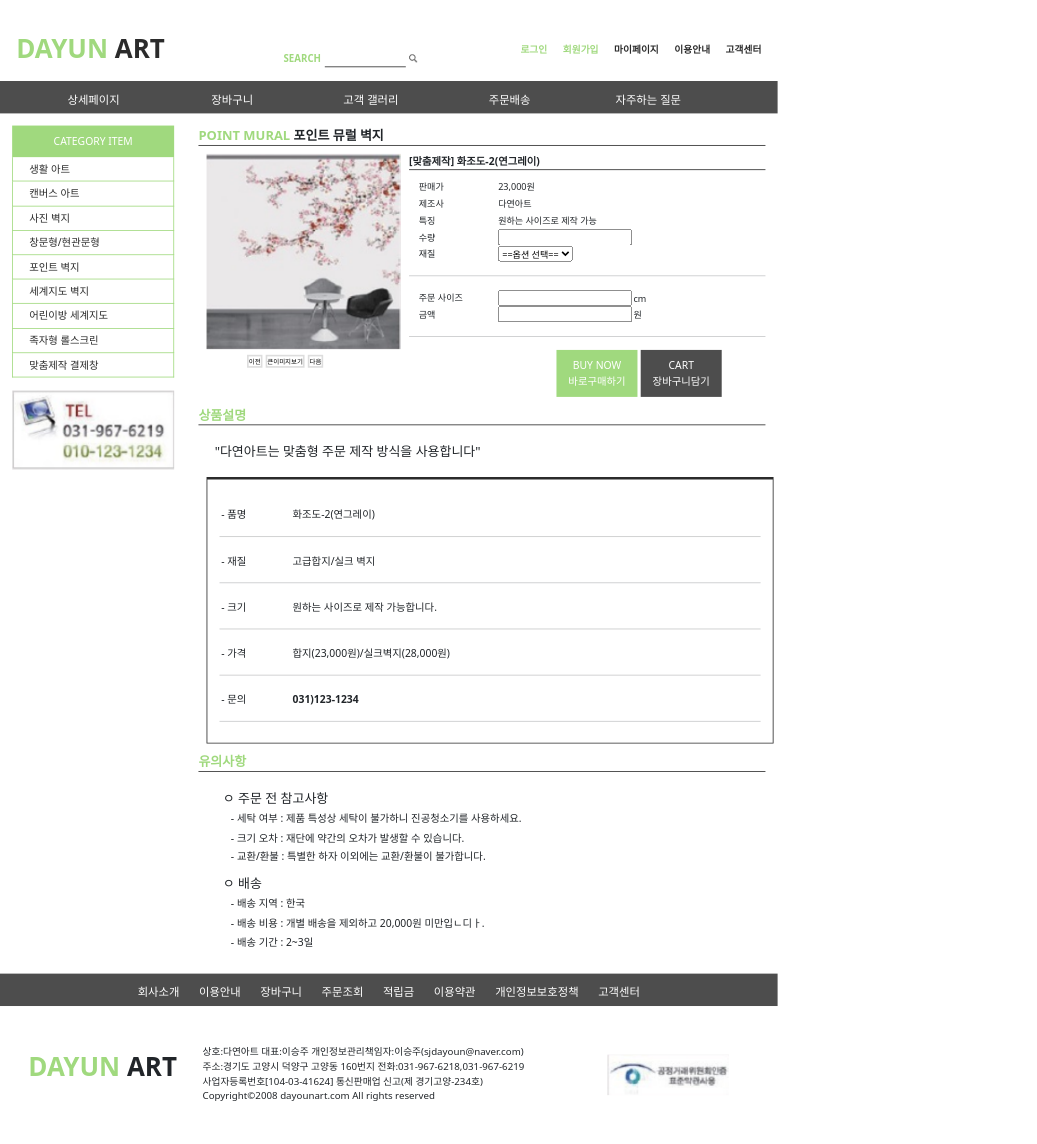
Repository: yeonddu/green_js
Page: pro01/public/bootstrap/product.html
These files come from the project's save history. The page is drawn as it stood at one moment and after the next save; the edit follows.
The browser window is 1280 px wide. The pictures show the whole page, at 81% of full size.

Above is the page before, as saved 2022-12-27 07:55:00.

After the next save:
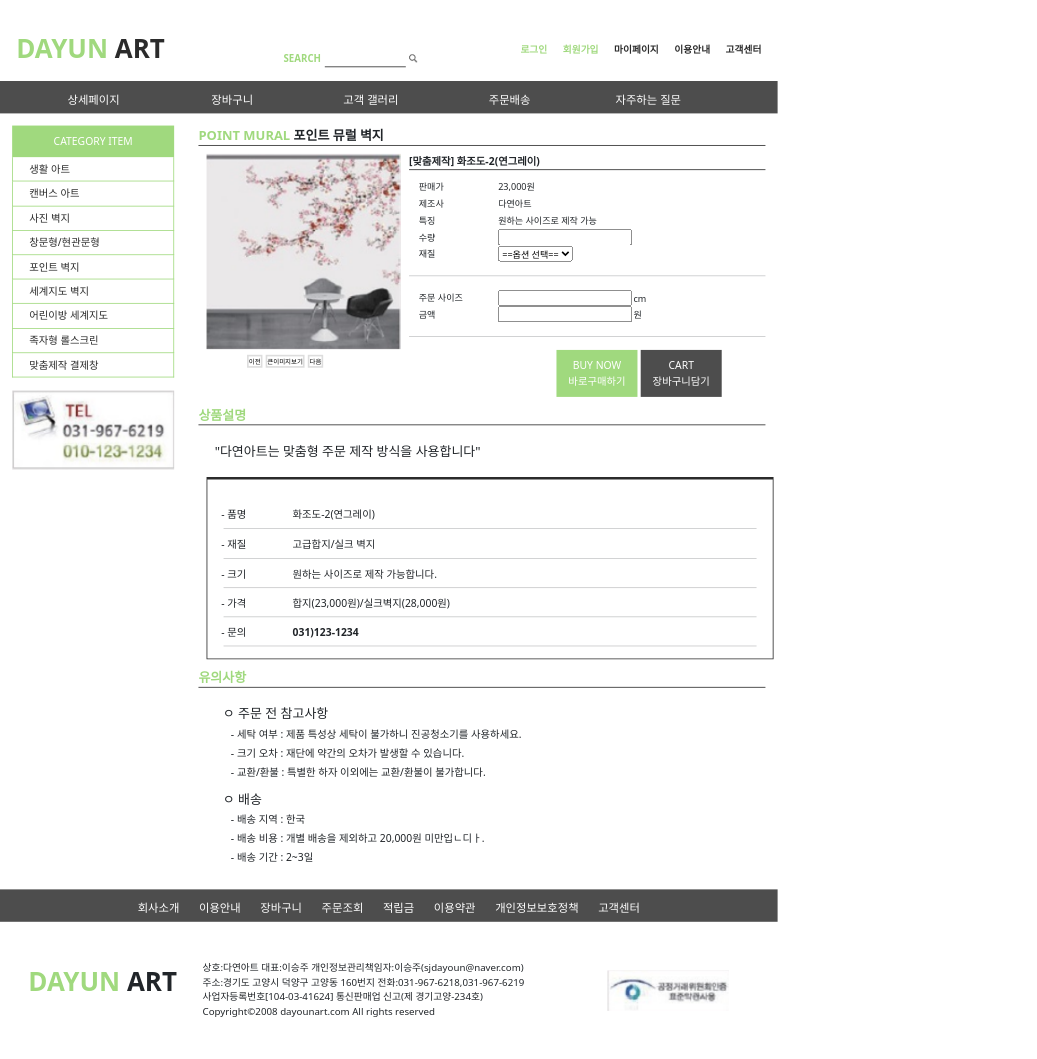
Saved 4 s later.
--- a/pro01/public/bootstrap/product.css
+++ b/pro01/public/bootstrap/product.css
@@ -141,14 +141,13 @@ section .product-title {
 	display:inline-block;
 	margin:2px;
 	font-size:0.8em;
-	line-height:0.2;
 }
 #box2 #box2-content p:nth-child(3n+1) {
 	width:80px;
 }
 
 #box2 #box2-content hr {
-	margin:
+	margin:5px;
 }
 
 /* #box2 table {
